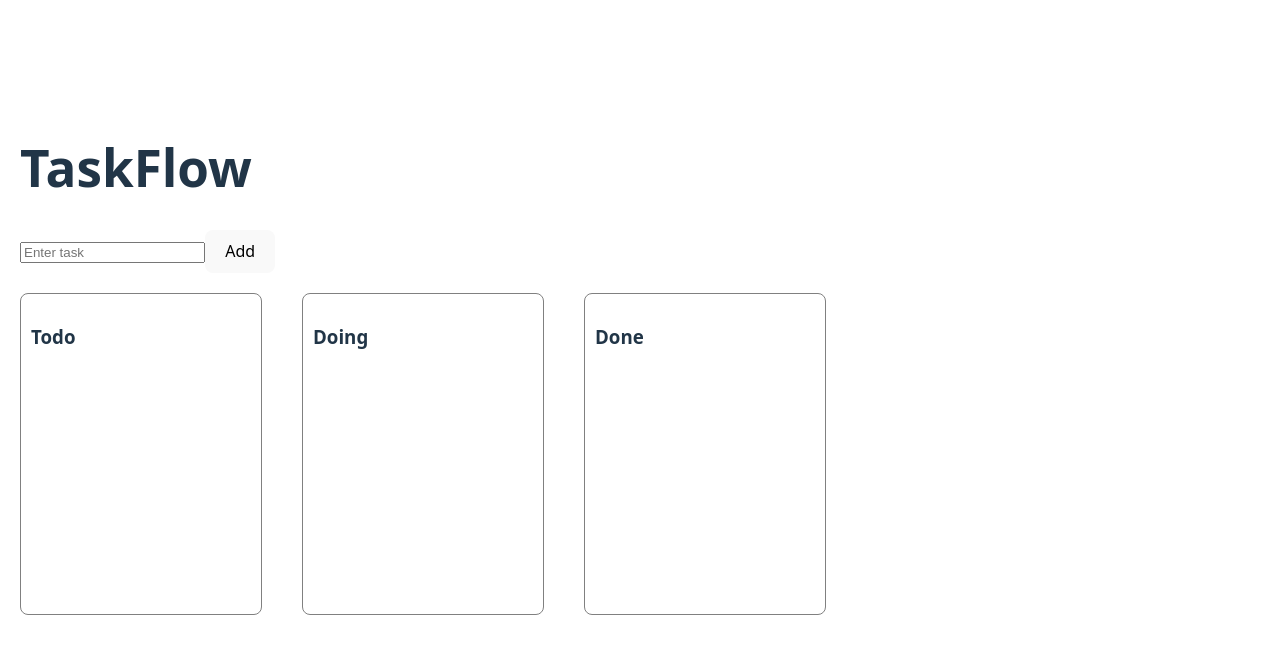
Repository: lissaintech/TaskFlow
Page: /
These files come from the project's save history. The page is drawn as it stood at one moment and after the next save; the edit follows.
The browser window is 1280 px wide. The pictures show the whole page.
The project was rebuilt for these pictures with package versions that can differ from the ones it lists, and the page was loaded fresh each time. Also part of the build but not shown: vite.config.js.

Above is the page before, as saved 2026-02-12 19:39:48.

### index.html
<!doctype html>
<html lang="en">
  <head>
    <meta charset="UTF-8" />
    <link rel="icon" type="image/svg+xml" href="/vite.svg" />
    <meta name="viewport" content="width=device-width, initial-scale=1.0" />
    <title>taskflow</title>
  </head>
  <body>
    <div id="root"></div>
    <script type="module" src="/src/main.jsx"></script>
  </body>
</html>

### src/App.jsx
import { useState, useEffect } from "react";
import {
  DndContext,
  useDroppable,
  useDraggable
} from "@dnd-kit/core";

function App() {
  const [search, setSearch] = useState("");
  const [input, setInput] = useState("");
  const [tasks, setTasks] = useState([]);
  const [editingTask, setEditingTask] = useState(null);
  const [editInput, setEditInput] = useState("");

  // =========================
  // ADD TASK
  // =========================
  const addTask = () => {
    if (input.trim() === "") return;

    const newTask = {
      id: Date.now(),
      title: input,
      status: "Todo"
    };

    setTasks([...tasks, newTask]);
    setInput("");
  };

  // =========================
  // DELETE TASK
  // =========================
  const deleteTask = (id) => {
    setTasks(tasks.filter(task => task.id !== id));
  };

  // =========================
  // SAVE EDIT
  // =========================
  const saveEdit = (id) => {
    setTasks(
      tasks.map(task =>
        task.id === id
          ? { ...task, title: editInput }
          : task
      )
    );
    setEditingTask(null);
  };

  // =========================
  // DRAG END
  // =========================
  const handleDragEnd = (event) => {
    const { active, over } = event;

    if (!over) return;

    const taskId = active.id;
    const newStatus = over.id;

    setTasks(prev =>
      prev.map(task =>
        task.id === taskId
          ? { ...task, status: newStatus }
          : task
      )
    );
  };

  // =========================
  // LOCAL STORAGE
  // =========================
  useEffect(() => {
    const saved = localStorage.getItem("tasks");
    if (saved) {
      setTasks(JSON.parse(saved));
    }
  }, []);

  useEffect(() => {
    localStorage.setItem("tasks", JSON.stringify(tasks));
  }, [tasks]);

  // =========================
  // COLUMN COMPONENT
  // =========================
  function Column({ status, children }) {
    const { setNodeRef } = useDroppable({
      id: status
    });

    return (
      <div
        ref={setNodeRef}
        style={{
          minWidth: "220px",
          minHeight: "300px",
          padding: "10px",
          border: "1px solid gray",
          borderRadius: "8px"
        }}
      >
        <h3>{status}</h3>
        {children}
      </div>
    );
  }

  // =========================
  // TASK COMPONENT
  // =========================
  function Task({ task, children }) {
    const {
      attributes,
      listeners,
      setNodeRef,
      transform
    } = useDraggable({
      id: task.id
    });

    const style = transform
      ? {
          transform: `translate3d(${transform.x}px, ${transform.y}px, 0)`
        }
      : undefined;

    return (
      <div
        ref={setNodeRef}
        style={{
          ...style,
          marginBottom: "8px",
          padding: "8px",
          border: "1px solid black",
          borderRadius: "6px",
          backgroundColor: "white",
          cursor: "grab"
        }}
        {...listeners}
        {...attributes}
      >
        {children}
      </div>
    );
  }

  // =========================
  // UI
  // =========================
  return (

    <div style={{ padding: "20px" }}>
      <h1>TaskFlow</h1>



      <input
        value={input}
        onChange={(e) => setInput(e.target.value)}
        placeholder="Enter task"
      />
      <button onClick={addTask}>Add</button>

      <DndContext onDragEnd={handleDragEnd}>
        <div
          style={{
            display: "flex",
            gap: "40px",
            marginTop: "20px"
          }}
        >
          {["Todo", "Doing", "Done"].map(status => (
            <Column key={status} status={status}>
              {tasks
                .filter(task => task.status === status)
                .map(task => (
                  <Task key={task.id} task={task}>
                    {editingTask === task.id ? (
                      <>
                        <input
                          value={editInput}
                          onChange={(e) =>
                            setEditInput(e.target.value)
                          }
                        />
                        <button
                          onClick={() =>
                            saveEdit(task.id)
                          }
                        >
                          💾
                        </button>
                      </>
                    ) : (
                      <>
                        <span>{task.title}</span>
                        <button
                          onClick={() => {
                            setEditingTask(task.id);
                            setEditInput(task.title);
                          }}
                        >
                          ✏️
                        </button>
                        <button
                          onClick={() =>
                            deleteTask(task.id)
                          }
                        >
                          ❌
                        </button>
                      </>
                    )}
                  </Task>
                ))}
            </Column>
          ))}
        </div>
      </DndContext>
    </div>
  );
}

export default App;

Loaded but not shown: src/main.jsx (common file); src/index.css (common file)

After the next save:
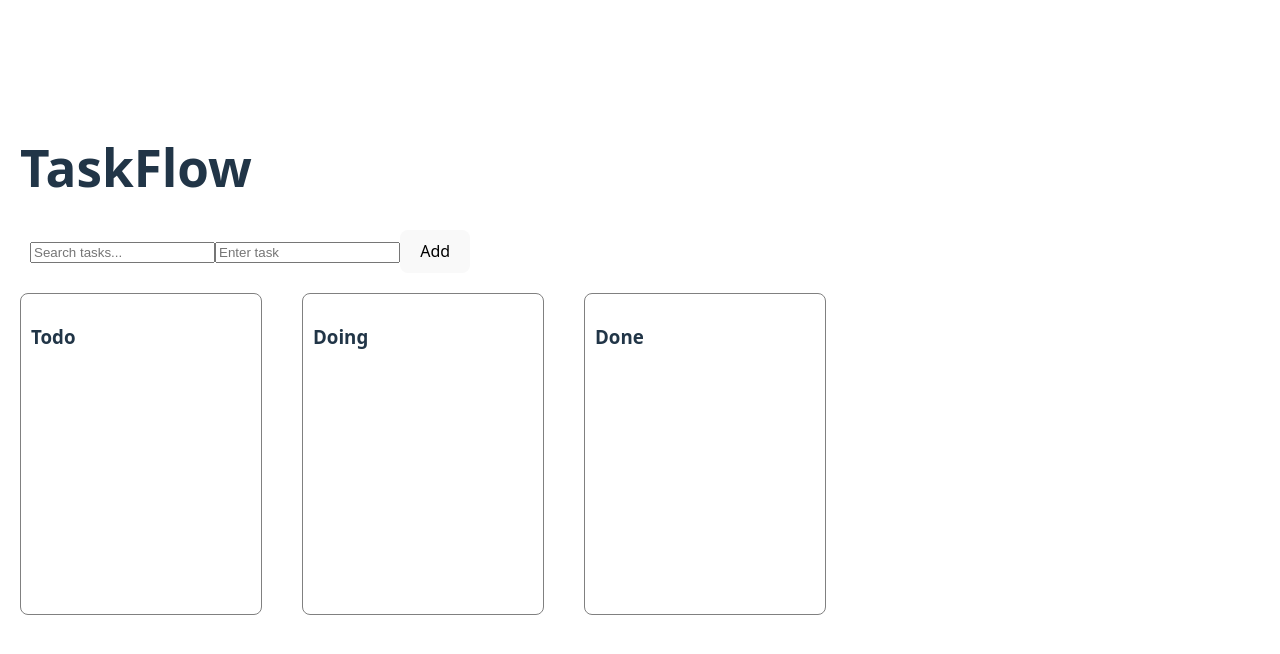
Saved 9 s later.
--- a/src/App.jsx
+++ b/src/App.jsx
@@ -155,6 +155,12 @@ function App() {
     <div style={{ padding: "20px" }}>
       <h1>TaskFlow</h1>
 
+      <input
+  placeholder="Search tasks..."
+  value={search}
+  onChange={(e) => setSearch(e.target.value)}
+  style={{ marginLeft: "10px" }}
+/>
 
 
       <input
